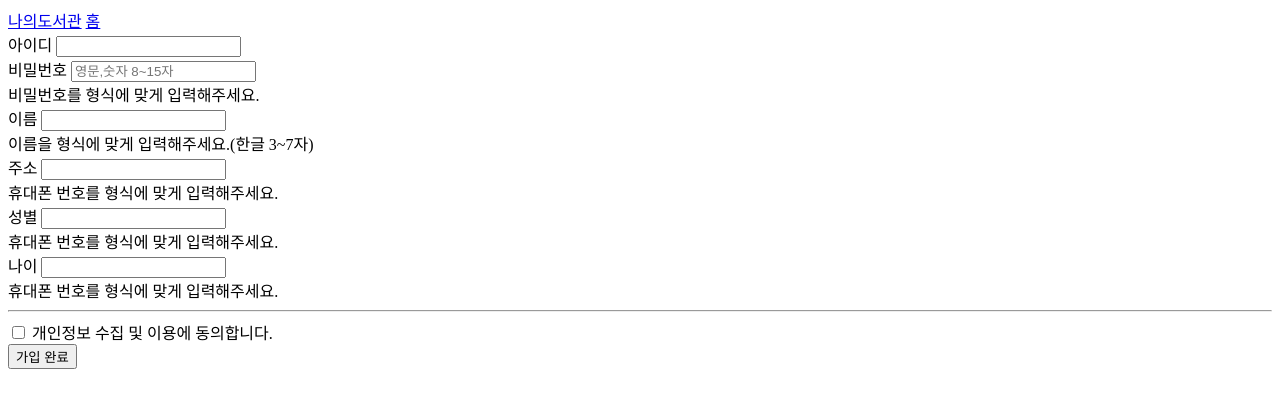
Repository: PacJ/spring_project
Page: http://localhost/spring_project/WEB-INF/views/user/signup.jsp
These files come from the project's save history. The page is drawn as it stood at one moment and after the next save; the edit follows.
The browser window is 1280 px wide. The pictures show the whole page.
The page is served by Tomcat 9. Nobody is signed in. The template is opened directly, without the code that normally fills it, so the values that code supplies are empty.

Above is the page before, as saved 2023-03-03 05:10:14.

After the next save:
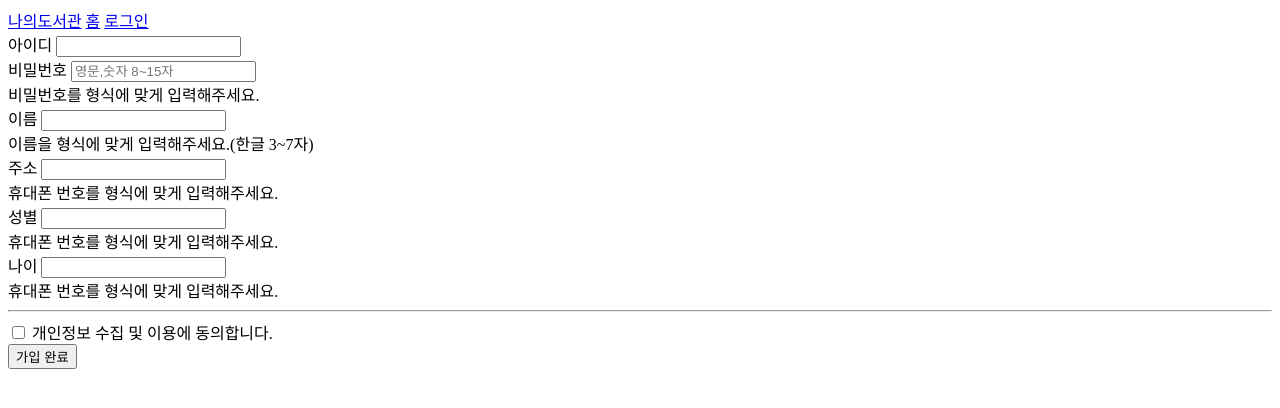
Saved 9 min 23 s later.
--- a/spring_project/src/main/webapp/WEB-INF/views/user/signup.jsp
+++ b/spring_project/src/main/webapp/WEB-INF/views/user/signup.jsp
@@ -3,6 +3,7 @@
 
 <a href="/myLibrary.do">나의도서관</a>
 <a href="../home.do">홈</a>
+<a href="/login.do">로그인</a>
  <div class="container">
      <div class="input-form-backgroud row">
       <div class="input-form col-md-12 mx-auto">
